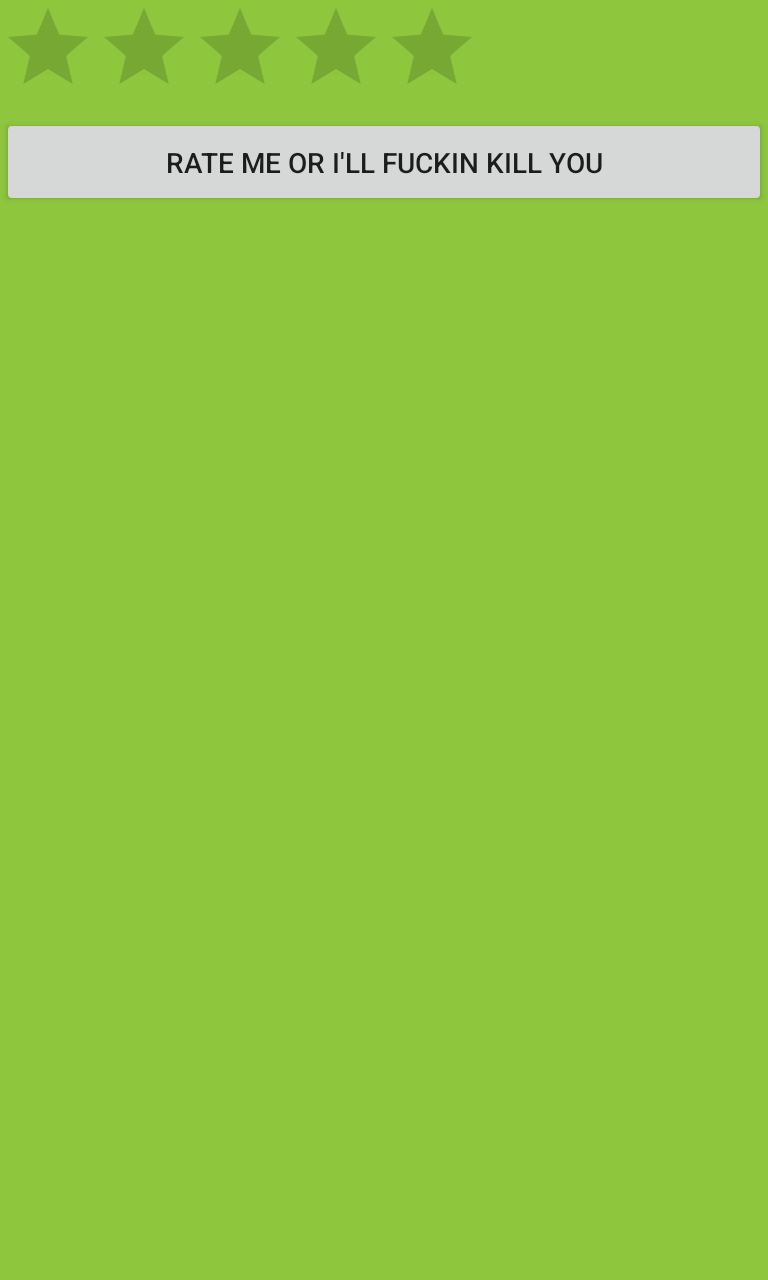
Repository: Hedlundaren/androidmenu
Layout: startmenu/res/layout/menu2.xml
The author's editor kept a copy of each file at every save. The layout is drawn from the files as they stood at one save, then again after the next save.
It is drawn on a 768 x 1280 px phone screen (xhdpi) without system bars, with theme AppTheme; the app's code is not run.

Above is the layout before, as saved 2014-11-05 20:18:09.

After the next save:
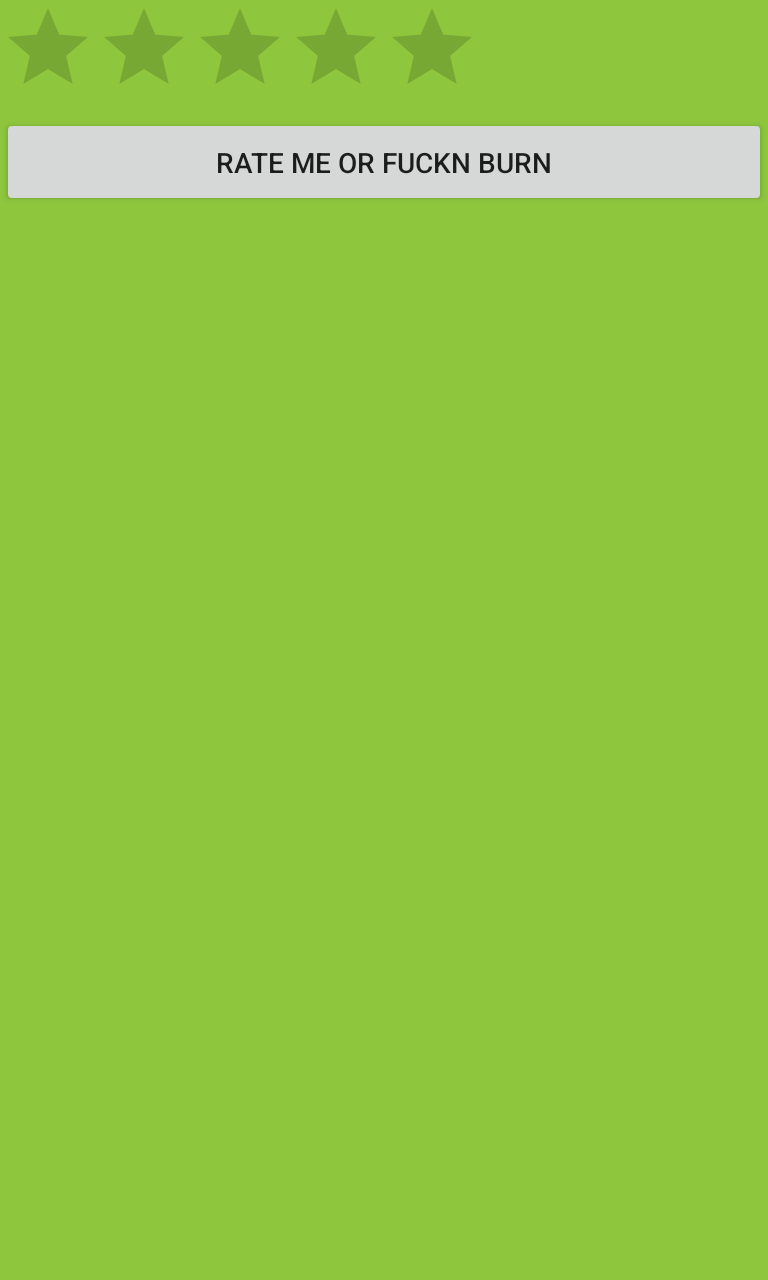
Saved 22 s later.
--- a/startmenu/res/layout/menu2.xml
+++ b/startmenu/res/layout/menu2.xml
@@ -14,6 +14,6 @@
         android:id="@+id/button1"
         android:layout_width="match_parent"
         android:layout_height="wrap_content"
-        android:text="RATE ME OR I'LL FUCKIN KILL YOU" />
+        android:text="RATE ME OR FUCKN BURN" />
 
 </LinearLayout>
